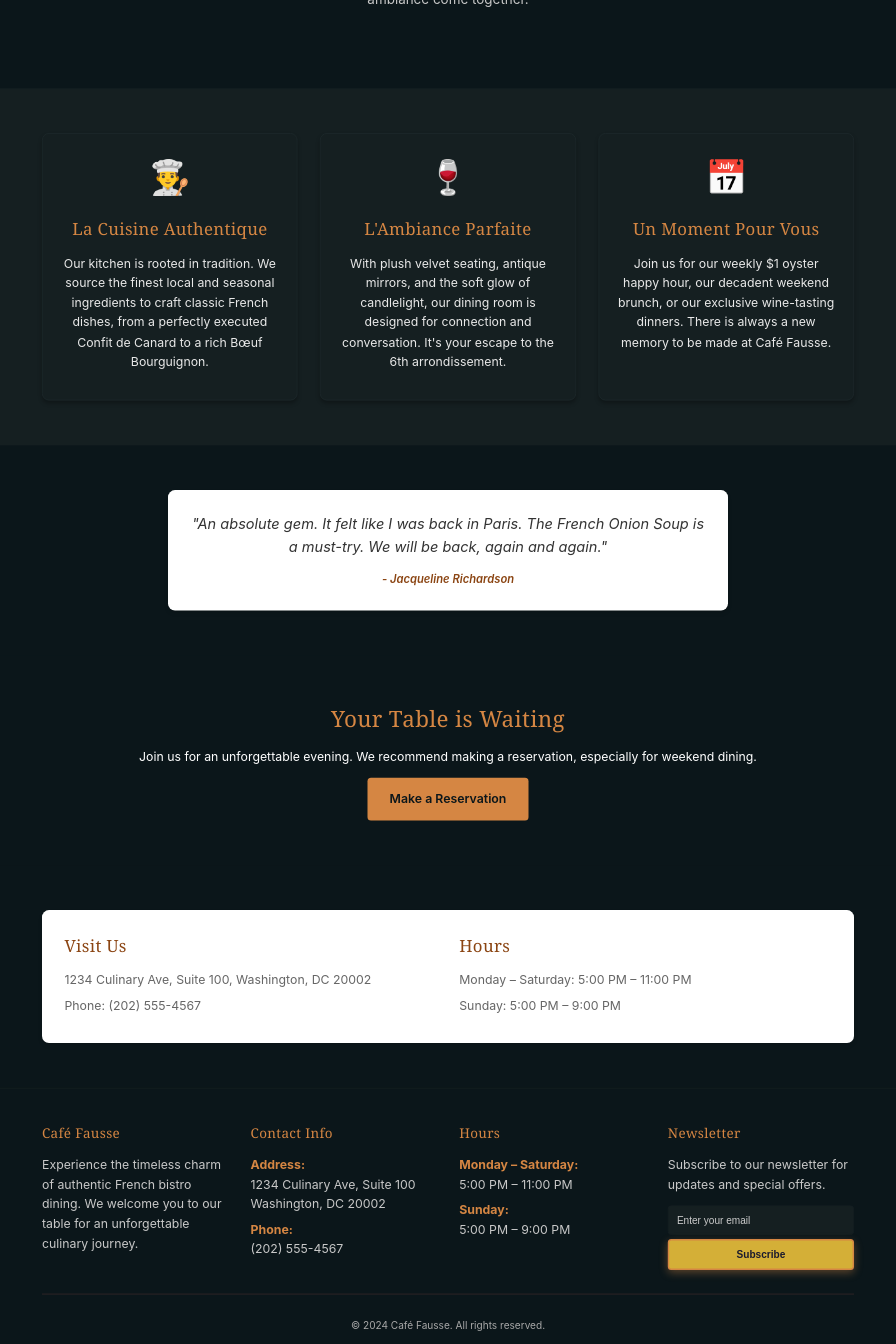
Repository: MatVanDenArt/MSSE-Cafe-Fausse
Page: / (app in frontend/)
The author's editor kept a copy of each file at every save. The page is drawn from the files as they stood at one save, then again after the next save.
The browser window is 1280 px wide. The pictures show the part of the page from y = 1053 to 2973 px (the page is 2973 px tall), at 70% of full size.
The pointer rests on the first visible `.newsletter-btn`.
The page's requests for data from a server got no answer. The project was rebuilt for these pictures with package versions that can differ from the ones it lists, and the page was loaded fresh each time. No one was signed in, and anything a server would have sent is missing. Also part of the build but not shown: frontend/src/pages/Menu.css, frontend/src/pages/Menu.js, frontend/src/pages/Reservations.css, frontend/src/pages/Reservations.js, frontend/src/pages/About.css, frontend/src/pages/About.js, frontend/src/pages/Gallery.css, frontend/src/pages/Gallery.js.

Above is the page before, as saved 2025-10-26 15:20:20.

After the next save:
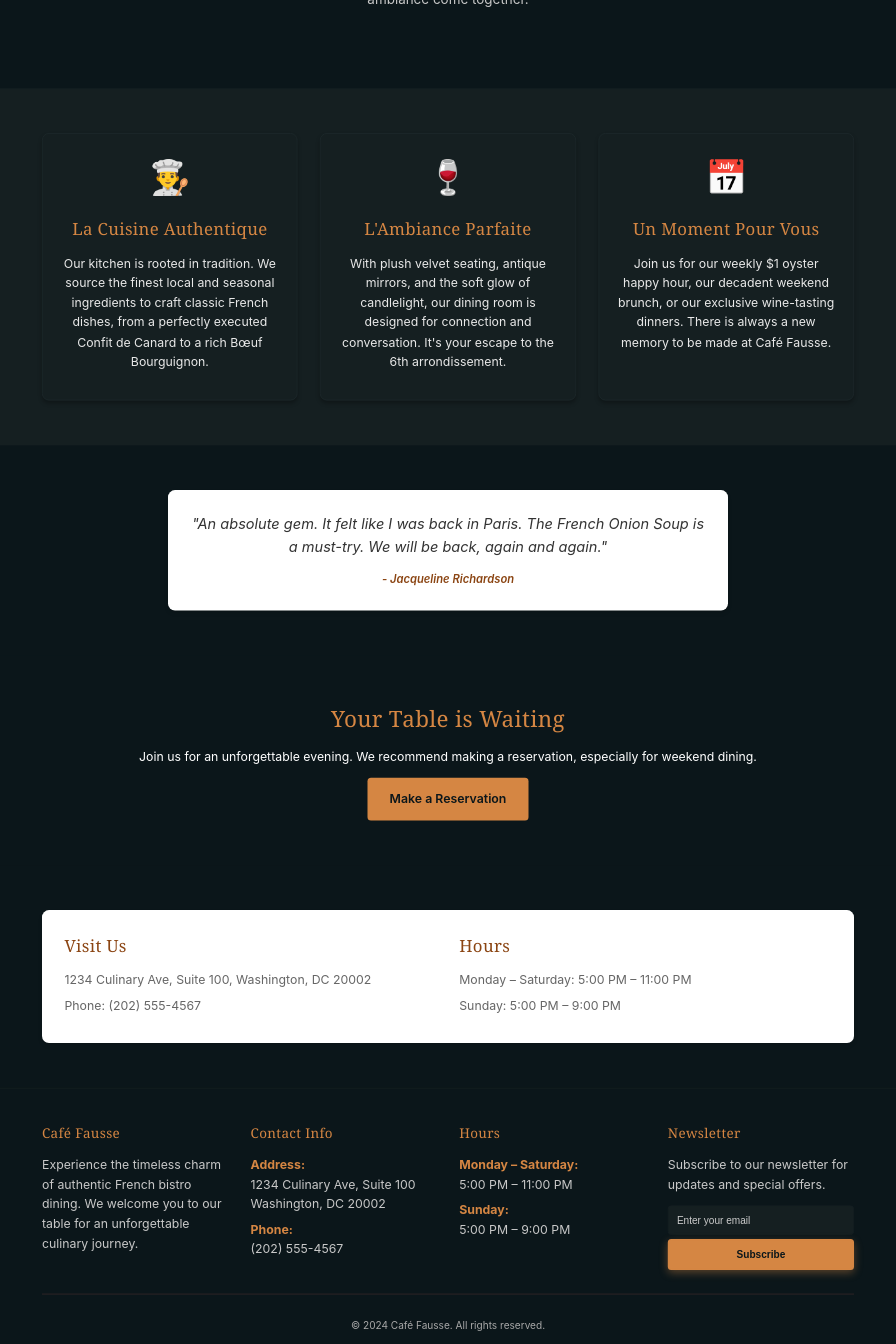
Saved 4 s later.
--- a/frontend/src/components/Footer.css
+++ b/frontend/src/components/Footer.css
@@ -67,8 +67,8 @@
 }
 
 .newsletter-btn:hover {
-  background-color: #d4af37;
-  color: #1a1a2e;
+  background-color: #d58643;
+  color: #0b161a;
 }
 
 .newsletter-btn:disabled {
